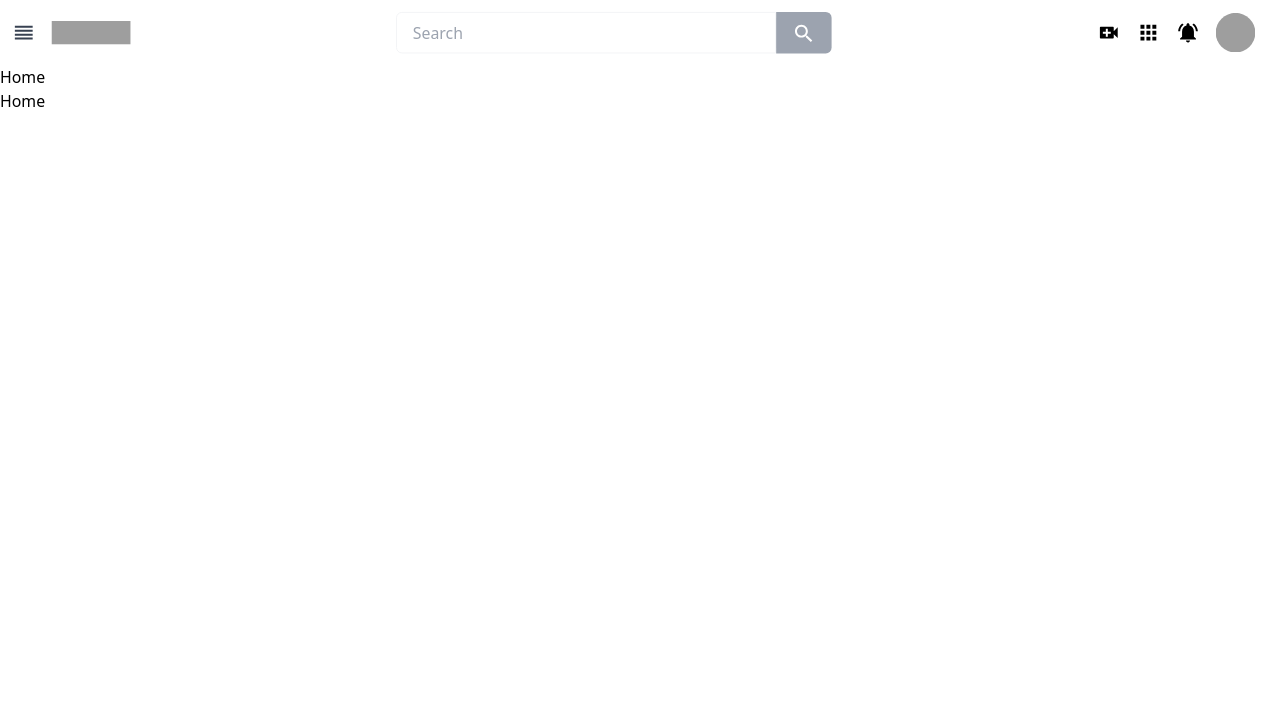
Repository: Shamraiz761/Youtube-clone
Page: /
The author's editor kept a copy of each file at every save. The page is drawn from the files as they stood at one save, then again after the next save.
The browser window is 1280 px wide. The pictures show the whole page, at 99% of full size.
Pictures or frames that could not be fetched are drawn as grey boxes. The project was rebuilt for these pictures with package versions that can differ from the ones it lists, and the page was loaded fresh each time. Also part of the build but not shown: vite.config.js.

Above is the page before, as saved 2024-01-19 18:40:28.

### src/App.jsx
import { useState } from 'react'
import Navbar from './components/header/Navbar'


function App() {
  return (
   <div>
    <Navbar />
    <h1>Home</h1>
    <h1>Home</h1>

   </div>
  )
}

export default App

### src/components/header/Navbar.jsx
import React from "react";
import ReorderIcon from "@material-ui/icons/Reorder";
import VideoCallIcon from "@material-ui/icons/VideoCall";
import AppsIcon from "@material-ui/icons/Apps";
import NotificationsActiveIcon from "@material-ui/icons/NotificationsActive";
import SearchIcon from '@material-ui/icons/Search';
const Navbar = () => {
  return (
    <nav className="p-3">
      <div className="container mx-auto flex flex-wrap justify-between items-center">
        {/* Logo */}
        <div className="text-white font-bold text-xl flex items-center flex-row">
          <ReorderIcon className="mr-4 size-5 text-gray-700 " />
          <img
            className="w-10 h-4 sm:w-20 sm:h-6"
            src="https://upload.wikimedia.org/wikipedia/commons/thumb/e/e1/Logo_of_YouTube_%282015-2017%29.svg/2560px-Logo_of_YouTube_%282015-2017%29.svg.png"
          />
        </div>

        {/* Search bar */}
        <div className="flex items-center">
          <input
            type="text"
            placeholder="Search"
            className="p-1 md:px-4 md:py-2 rounded-l-md border border-gray-100 focus:outline-none w-32 md:w-96"
          />
          <button className="bg-gray-400 p-1  md:px-4 md:py-2 rounded-r-md text-white">
            <SearchIcon />
          </button>
        </div>

        {/* User profile */}
        <div className="flex items-center flex-row space-x-2 md:space-x-4">
          <VideoCallIcon />
          <AppsIcon />
          <NotificationsActiveIcon />
          <img
          className="w-10 h-10 rounded-full"
          src="https://encrypted-tbn0.gstatic.com/images?q=tbn:ANd9GcT5e22dr8y5uGoiuiPB5wwHR3v8v43srFH0SUokZVWJug&s" />
        </div>
      </div>
    </nav>
  );
};

export default Navbar;

Loaded but not shown: index.html (common file); src/main.jsx (common file); src/index.css (common file); tailwind.config.js (common file)

After the next save:
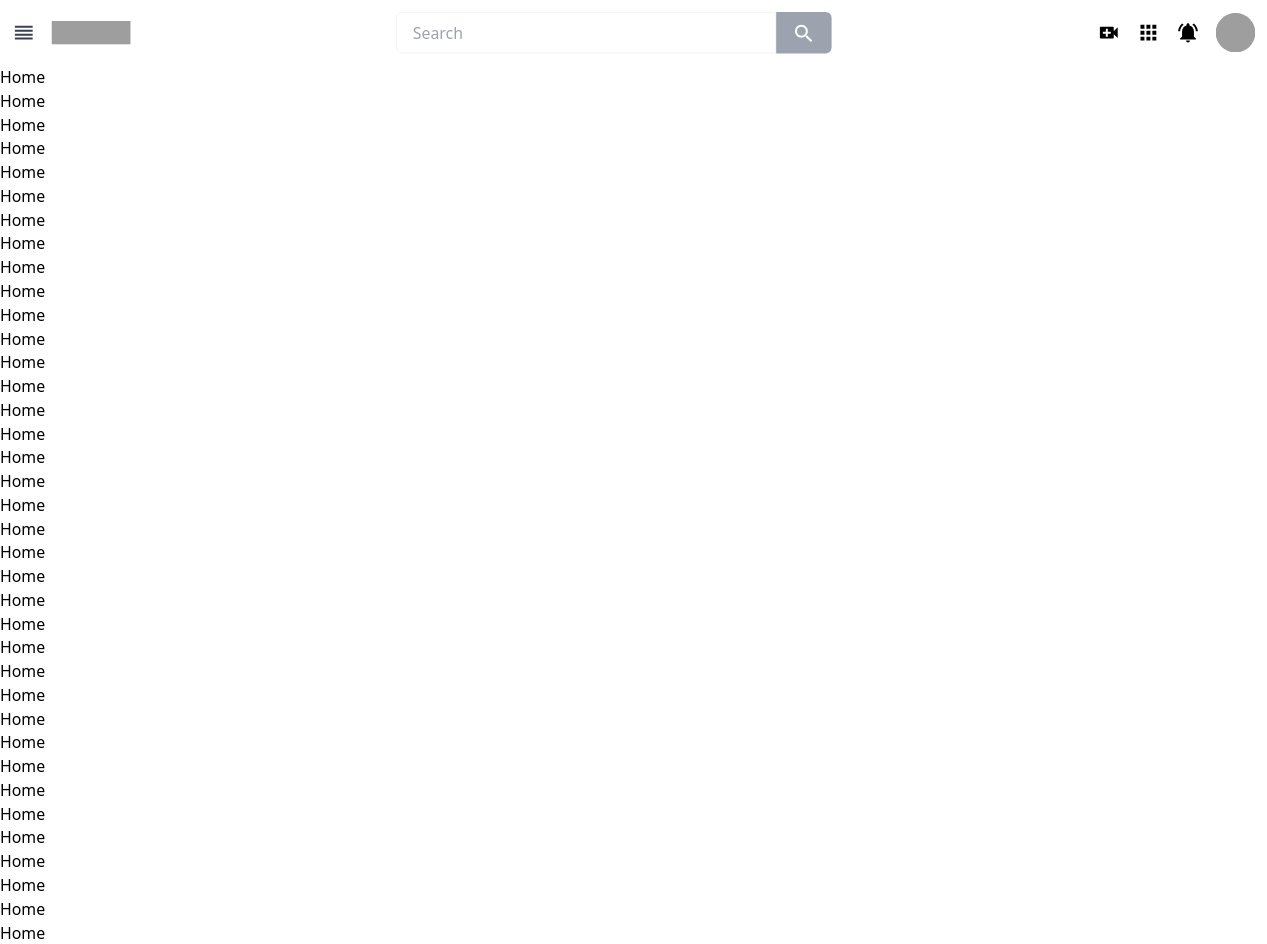
Saved 10 s later.
--- a/src/App.jsx
+++ b/src/App.jsx
@@ -8,6 +8,41 @@
     <Navbar />
     <h1>Home</h1>
     <h1>Home</h1>
+    <h1>Home</h1>
+    <h1>Home</h1>
+    <h1>Home</h1>
+    <h1>Home</h1>
+    <h1>Home</h1>
+    <h1>Home</h1>
+    <h1>Home</h1>
+    <h1>Home</h1>
+    <h1>Home</h1>
+    <h1>Home</h1>
+    <h1>Home</h1>
+    <h1>Home</h1>
+    <h1>Home</h1>
+    <h1>Home</h1>
+    <h1>Home</h1>
+    <h1>Home</h1>
+    <h1>Home</h1>
+    <h1>Home</h1>
+    <h1>Home</h1>
+    <h1>Home</h1>
+    <h1>Home</h1>
+    <h1>Home</h1>
+    <h1>Home</h1>
+    <h1>Home</h1>
+    <h1>Home</h1>
+    <h1>Home</h1>
+    <h1>Home</h1>
+    <h1>Home</h1>
+    <h1>Home</h1>
+    <h1>Home</h1>
+    <h1>Home</h1>
+    <h1>Home</h1>
+    <h1>Home</h1>
+    <h1>Home</h1>
+    <h1>Home</h1>
 
    </div>
   )
